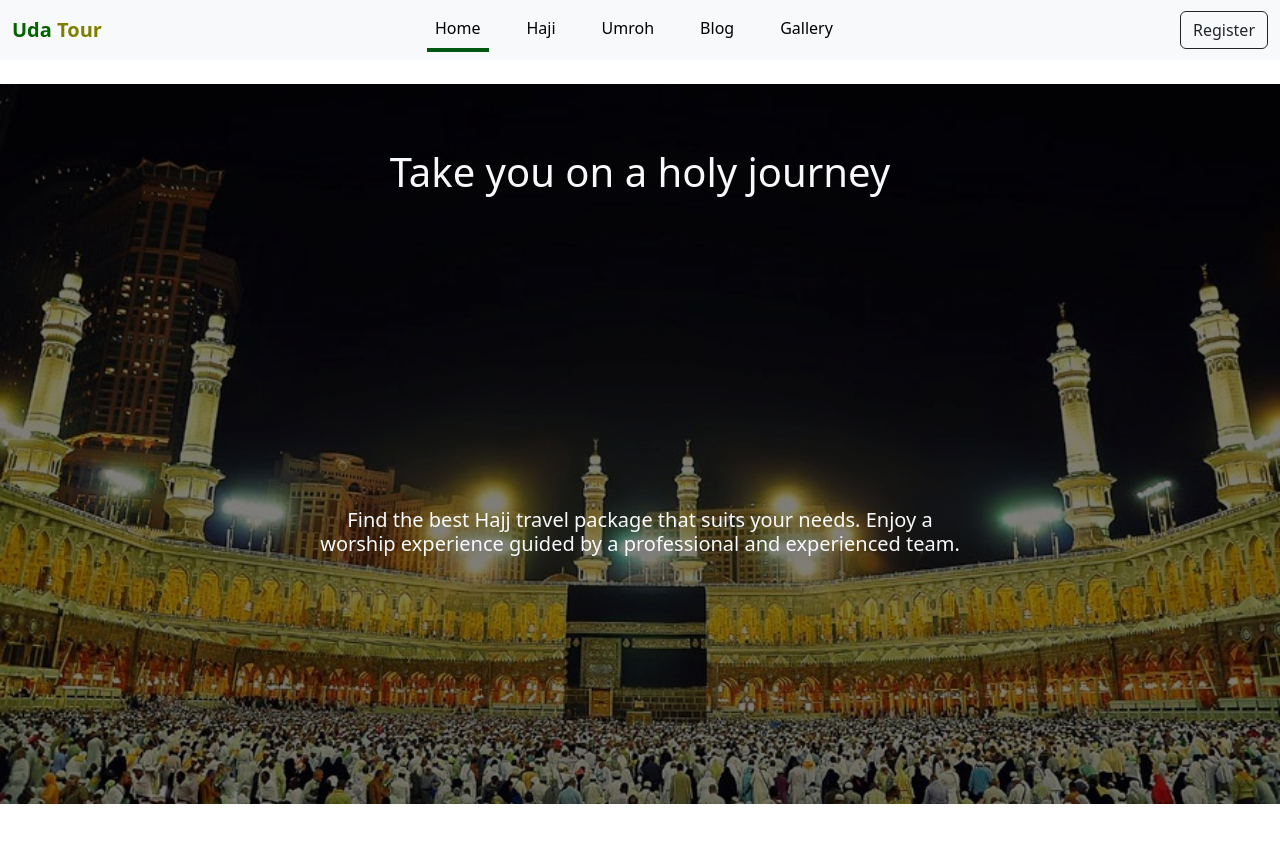
Repository: Putrabobi/Task7
Page: index.html
An editor plug-in stored every save of this project. The page is shown before and after the next save, followed by the edit.
The browser window is 1280 px wide. The pictures show the whole page.

Above is the page before, as saved 2024-03-25 10:48:06.

After the next save:
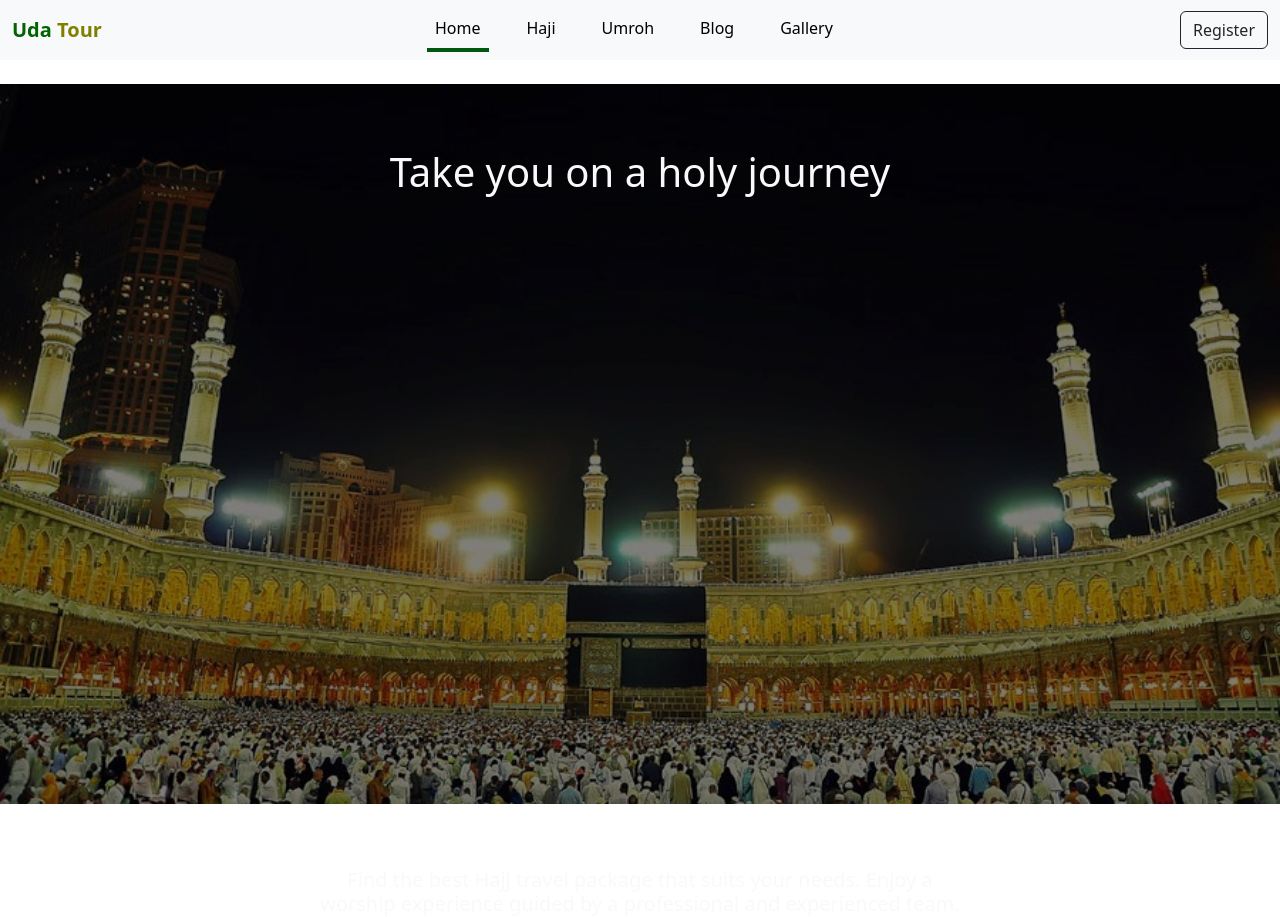
Saved 8 s later.
--- a/index.html
+++ b/index.html
@@ -51,7 +51,7 @@
         <img src="images/mekkah.jpg" style="filter: brightness(50%);" alt="Mekkah" width="100%">
         <h1 class="position-absolute top-0 start-50 translate-middle-x text-light" style="margin-top: 5%;">Take you on a
             holy journey</h1>
-        <h5 class="position-absolute top-50 start-50 translate-middle-x text-light" style="margin-top: 5%;">Find the best Hajj travel package that suits your needs. Enjoy a worship experience guided by a professional and experienced team.</h5>
+        <h5 class="position-absolute top-40 start-50 translate-middle-x text-light" style="margin-top: 5%;">Find the best Hajj travel package that suits your needs. Enjoy a worship experience guided by a professional and experienced team.</h5>
     </div>
 
 

After the 2 saves that followed:
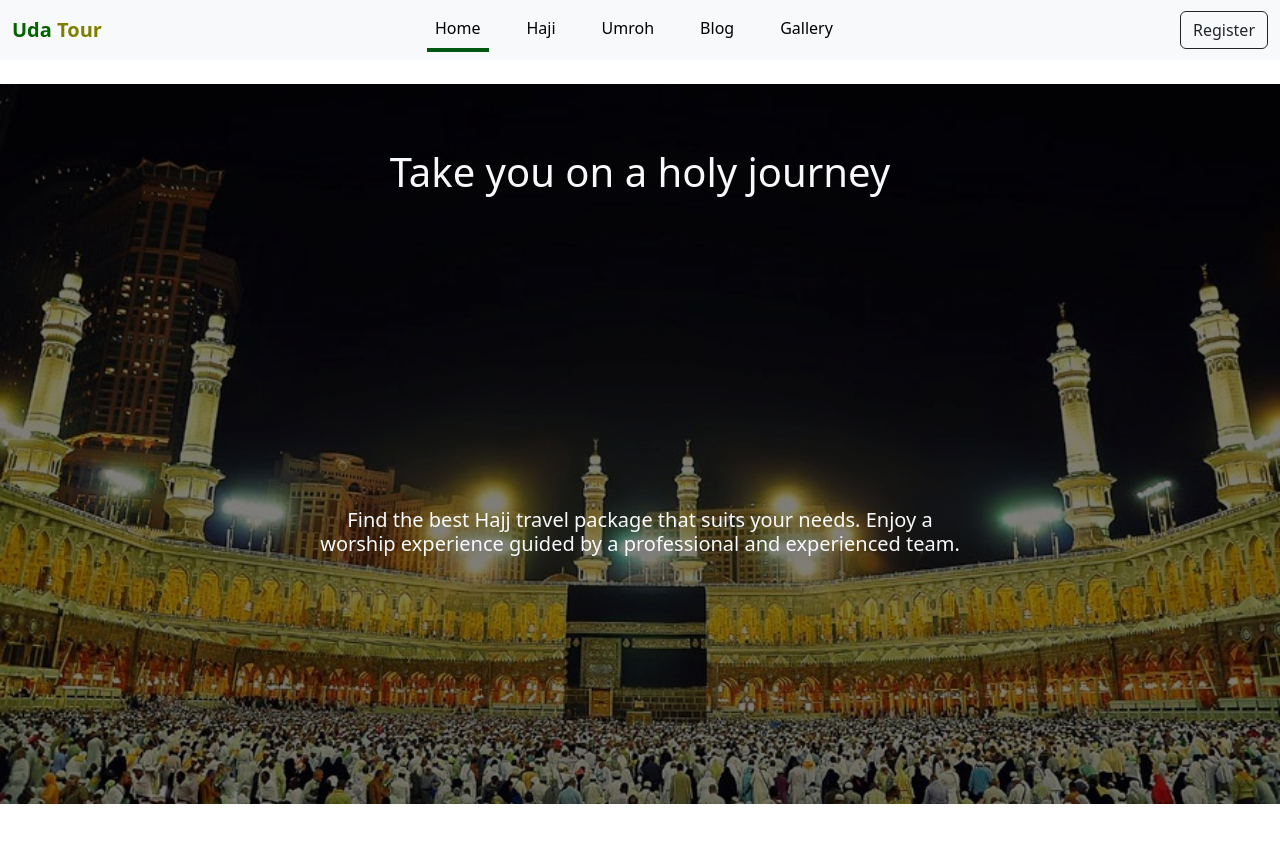
The 2 saves are shown as one change because 1 left the picture as it was.
The last was saved 12 s later.
--- a/index.html
+++ b/index.html
@@ -51,7 +51,7 @@
         <img src="images/mekkah.jpg" style="filter: brightness(50%);" alt="Mekkah" width="100%">
         <h1 class="position-absolute top-0 start-50 translate-middle-x text-light" style="margin-top: 5%;">Take you on a
             holy journey</h1>
-        <h5 class="position-absolute top-40 start-50 translate-middle-x text-light" style="margin-top: 5%;">Find the best Hajj travel package that suits your needs. Enjoy a worship experience guided by a professional and experienced team.</h5>
+        <h5 class="position-absolute top-50 start-50 translate-middle-x text-light" style="margin-top: 5%;">Find the best Hajj travel package that suits your needs. Enjoy a worship experience guided by a professional and experienced team.</h5>
     </div>
 
 
